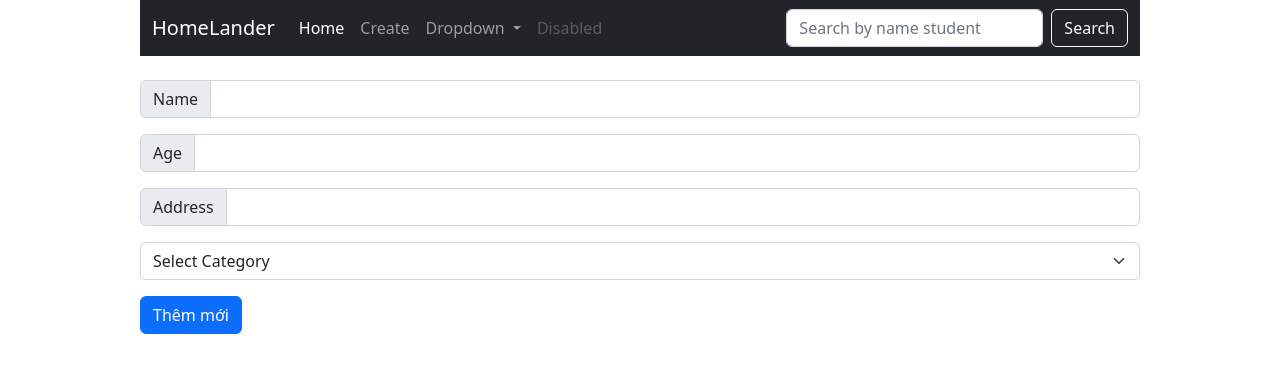
Repository: nguyenhung50497/MD3_thiThucHanh
Page: src/views/create.html
An editor plug-in stored every save of this project. The page is shown before and after the next save, followed by the edit.
The browser window is 1280 px wide. The pictures show the whole page.

Above is the page before, as saved 2022-12-29 16:14:17.

### src/views/create.html
<!doctype html>
<html lang="en">
  <head>
    <meta charset="utf-8">
    <meta name="viewport" content="width=device-width, initial-scale=1">
    <title>Home</title>
    <link href="https://cdn.jsdelivr.net/npm/bootstrap@5.2.3/dist/css/bootstrap.min.css" rel="stylesheet" integrity="sha384-rbsA2VBKQhggwzxH7pPCaAqO46MgnOM80zW1RWuH61DGLwZJEdK2Kadq2F9CUG65" crossorigin="anonymous">
  </head>
  <body>
    <div class="container" style="width: 80%;">
      <nav class="navbar navbar-dark bg-dark navbar-expand-lg">
        <div class="container-fluid">
          <a class="navbar-brand" href="/home">HomeLander</a>
          <button class="navbar-toggler" type="button" data-bs-toggle="collapse" data-bs-target="#navbarSupportedContent" aria-controls="navbarSupportedContent" aria-expanded="false" aria-label="Toggle navigation">
            <span class="navbar-toggler-icon"></span>
          </button>
          <div class="collapse navbar-collapse" id="navbarSupportedContent">
            <ul class="navbar-nav me-auto mb-2 mb-lg-0">
              <li class="nav-item">
                <a class="nav-link active" aria-current="page" href="/home">Home</a>
              </li>
              <li class="nav-item">
                <a class="nav-link" href="/create">Create</a>
              </li>
              <li class="nav-item dropdown">
                <a class="nav-link dropdown-toggle" href="#" role="button" data-bs-toggle="dropdown" aria-expanded="false">
                  Dropdown
                </a>
                <ul class="dropdown-menu">
                  <li><a class="dropdown-item" href="#">Action</a></li>
                  <li><a class="dropdown-item" href="#">Another action</a></li>
                  <li><hr class="dropdown-divider"></li>
                  <li><a class="dropdown-item" href="#">Something else here</a></li>
                </ul>
              </li>
              <li class="nav-item">
                <a class="nav-link disabled">Disabled</a>
              </li>
            </ul>
            <form class="d-flex" role="search" method="post">
              <input class="form-control me-2" name="search" type="search" placeholder="Search by name student" aria-label="Search">
              <button class="btn btn-outline-light" type="submit">Search</button>
            </form>
          </div>
        </div>
      </nav>
      <br>
      <form action="/product/create" method="post">
        <div class="input-group mb-3">
          <span class="input-group-text" id="inputGroup-sizing-default">Name</span>
          <input type="text" name="name" class="form-control" aria-label="Sizing example input" aria-describedby="inputGroup-sizing-default">
        </div>
        <div class="input-group mb-3">
          <span class="input-group-text" id="inputGroup-sizing-default">Age</span>
          <input type="text" name="price" class="form-control" aria-label="Sizing example input" aria-describedby="inputGroup-sizing-default">
        </div>
        <div class="input-group mb-3">
          <span class="input-group-text" id="inputGroup-sizing-default">Address</span>
          <input type="text" name="description" class="form-control" aria-label="Sizing example input" aria-describedby="inputGroup-sizing-default">
        </div>
        <div class="input-group mb-3">
          <select class="form-select" name="idCategory" aria-label="Default select example">
            <option selected>Select Category</option>
            {categories}
          </select>
        </div>
        <button type="submit" class="btn btn-primary">Thêm mới</button>
    </form>
    </div>
    <script src="https://cdn.jsdelivr.net/npm/bootstrap@5.2.3/dist/js/bootstrap.bundle.min.js" integrity="sha384-kenU1KFdBIe4zVF0s0G1M5b4hcpxyD9F7jL+jjXkk+Q2h455rYXK/7HAuoJl+0I4" crossorigin="anonymous"></script>
  </body>
</html>

After the next save:
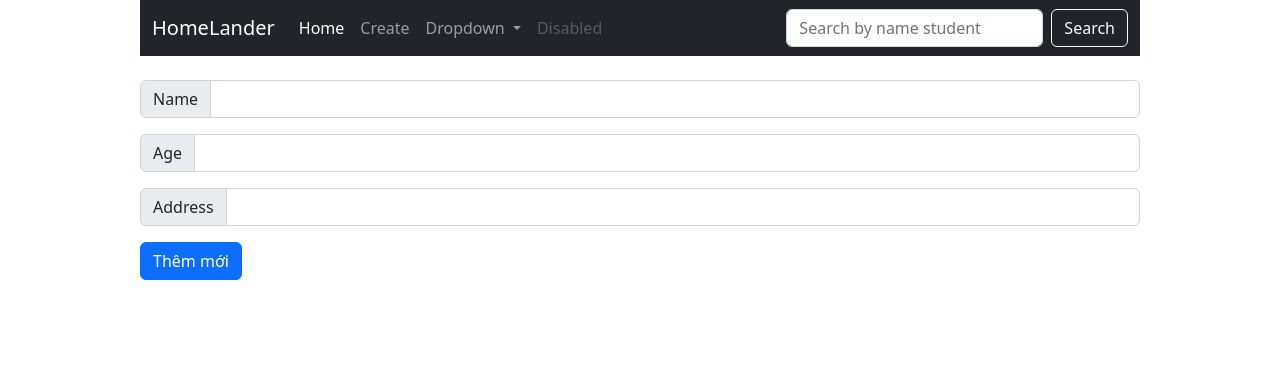
Saved 18 s later.
--- a/src/views/create.html
+++ b/src/views/create.html
@@ -58,12 +58,12 @@
           <span class="input-group-text" id="inputGroup-sizing-default">Address</span>
           <input type="text" name="description" class="form-control" aria-label="Sizing example input" aria-describedby="inputGroup-sizing-default">
         </div>
-        <div class="input-group mb-3">
+        <!-- <div class="input-group mb-3">
           <select class="form-select" name="idCategory" aria-label="Default select example">
             <option selected>Select Category</option>
             {categories}
           </select>
-        </div>
+        </div> -->
         <button type="submit" class="btn btn-primary">Thêm mới</button>
     </form>
     </div>
